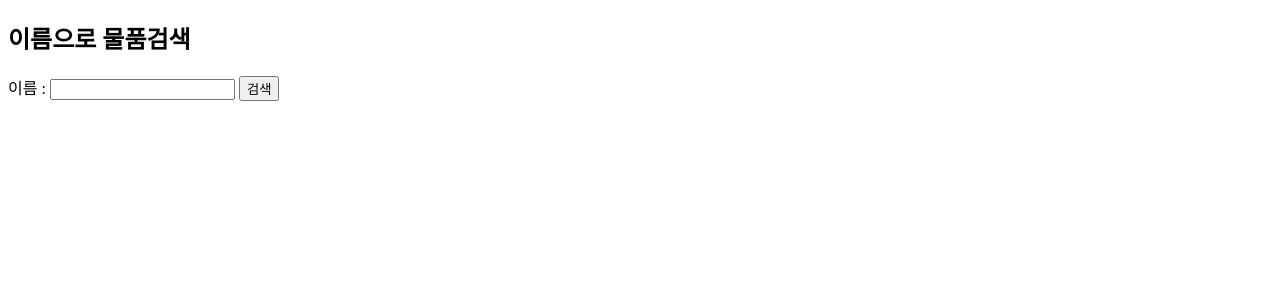
Repository: Tak-kuen/18-2
Page: http://localhost/studyjsp/ProductSearchServlet
These files come from the project's save history. The page is drawn as it stood at one moment and after the next save; the edit follows.
The browser window is 1280 px wide. The pictures show the whole page.
The page is served by Tomcat 9. Other server files are loaded and not shown.

Above is the page before, as saved 2018-10-17 06:52:36.

### code/studyjsp/WebContent/Product_jsp_181017/productSearch.jsp
<%@ page language="java" contentType="text/html; charset=UTF-8"
    pageEncoding="UTF-8"%>
<!DOCTYPE html>
<html>
<head>
<meta charset="UTF-8">
<title>1501163</title>
</head>
<body>
	<h2>이름으로 물품검색</h2>
	이름 : <input type="text" name="name" >
	<input type="submit" value="검색"><br/>
</body>
</html>

### code/studyjsp/src/product_181017/ProductSearchServlet.java
package product_181017;

import java.io.IOException;
import java.sql.Connection;
import java.sql.PreparedStatement;
import java.sql.ResultSet;
import java.sql.SQLException;
import java.util.ArrayList;

import javax.naming.Context;
import javax.naming.InitialContext;
import javax.servlet.ServletException;
import javax.servlet.annotation.WebServlet;
import javax.servlet.http.HttpServlet;
import javax.servlet.http.HttpServletRequest;
import javax.servlet.http.HttpServletResponse;
import javax.servlet.http.HttpSession;
import javax.sql.DataSource;

import product_181010.ProductBean;

/**
 * Servlet implementation class ProductSearchServlet
 */
@WebServlet("/ProductSearchServlet")
public class ProductSearchServlet extends HttpServlet {
	private static final long serialVersionUID = 1L;

    /**
     * @see HttpServlet#HttpServlet()
     */
    public ProductSearchServlet() {
        super();
        // TODO Auto-generated constructor stub
    }

	/**
	 * @see HttpServlet#doGet(HttpServletRequest request, HttpServletResponse response)
	 */
	protected void doGet(HttpServletRequest request, HttpServletResponse response) throws ServletException, IOException {

		request.getRequestDispatcher("Product_jsp_181017/productSearch.jsp").forward(request,response);
	}

	/**
	 * @see HttpServlet#doPost(HttpServletRequest request, HttpServletResponse response)
	 */
	protected void doPost(HttpServletRequest request, HttpServletResponse response) throws ServletException, IOException {
		request.setCharacterEncoding("utf-8");
		String name=request.getParameter("name");
		HttpSession session = request.getSession();
		session.setAttribute("productList", getList(name));
		request.getRequestDispatcher("Product_jsp_181017/productSearch.jsp").forward(request,response);
	}


	private ArrayList<ProductBean> getList(String name) {
		int count=0;
		ArrayList<ProductBean> list =null;
		Connection conn=null;
		PreparedStatement pstmt =null;
		ResultSet rs =null;
		try {
			Context initCtx = new InitialContext();
			Context envCtx = (Context) initCtx.lookup("java:comp/env");
			DataSource ds = (DataSource) envCtx.lookup("jdbc/test");
			conn = ds.getConnection();

			list = new ArrayList<>();
			String sql = "select * from product ";
			pstmt=conn.prepareStatement(sql);
			rs = pstmt.executeQuery();

			while(rs.next()) {
				if(name.equals(rs.getString("name"))) {
					ProductBean bean = new ProductBean();
					bean.setId(rs.getInt("id"));
					bean.setName(rs.getString("name"));
					bean.setInfo(rs.getString("info"));
					bean.setPrice(rs.getInt("price"));
					list.add(bean);
					count++;
				}
			}
		} catch (Exception e) {
			e.printStackTrace();
		} finally {
			if(rs!=null){
				try{rs.close();}catch(SQLException sqle) {}
			}
			if(pstmt!=null){
				try{pstmt.close();}catch(SQLException sqle){}
			}
			if(conn!=null) {
				try{conn.close();} catch(SQLException sqle){}
			}
		}
		if(count==0) {
			list=null;
		}
		return list;
	}	//getList()



}

After the next save:
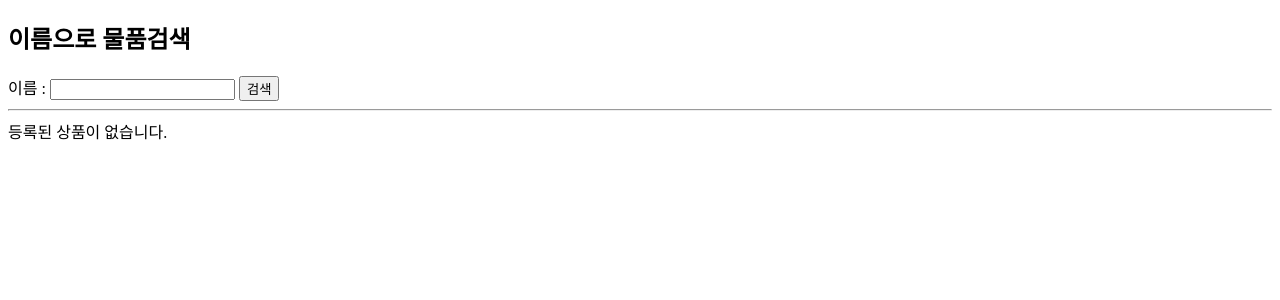
Saved 14 min 14 s later.
--- a/code/studyjsp/WebContent/Product_jsp_181017/productSearch.jsp
+++ b/code/studyjsp/WebContent/Product_jsp_181017/productSearch.jsp
@@ -1,5 +1,6 @@
 <%@ page language="java" contentType="text/html; charset=UTF-8"
     pageEncoding="UTF-8"%>
+<%@ taglib prefix="c" uri="http://java.sun.com/jsp/jstl/core" %>
 <!DOCTYPE html>
 <html>
 <head>
@@ -9,6 +10,17 @@
 <body>
 	<h2>이름으로 물품검색</h2>
 	이름 : <input type="text" name="name" >
-	<input type="submit" value="검색"><br/>
+	<input type="submit" value="검색"><hr/>
+	<c:if test="${productList == null}">
+	등록된 상품이 없습니다.
+	</c:if>
+	<c:if test="${productList != null}">
+		<form>
+			<c:forEach var="p" items="${productList}">
+			<input type="checkbox" name="selected" value="${p.id }"/>
+			${p.name},&nbsp; ${p.info},&nbsp; ${p.price}<br/>
+			</c:forEach>
+		</form>
+	</c:if>
 </body>
 </html>
